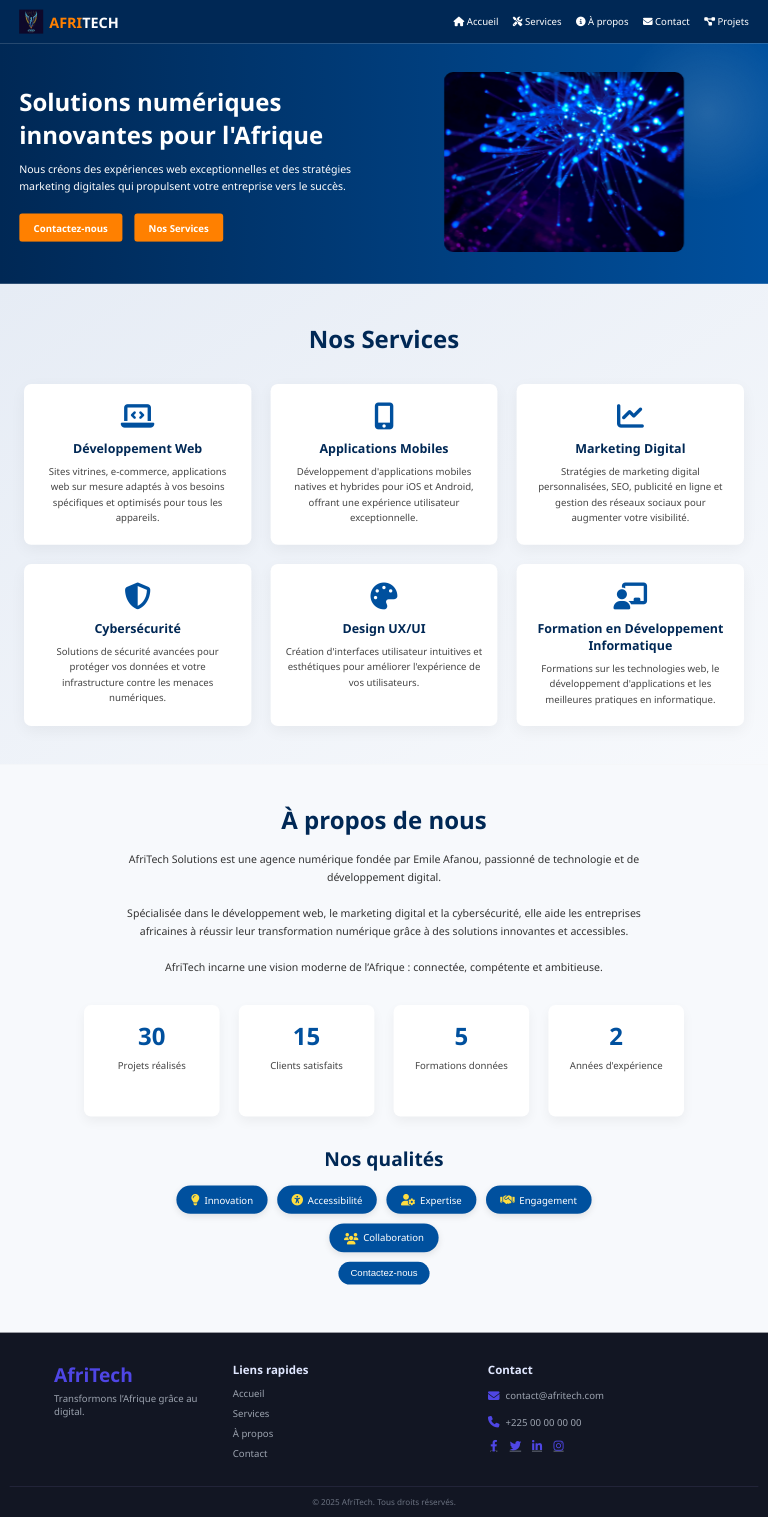
Repository: prestige225/AFRITECH
Page: index.html
The author's editor kept a copy of each file at every save. The page is drawn from the files as they stood at one save, then again after the next save.
The browser window is 1280 px wide. The pictures show the whole page, at 60% of full size.

Above is the page before, as saved 2025-07-16 04:00:21.

After the next save:
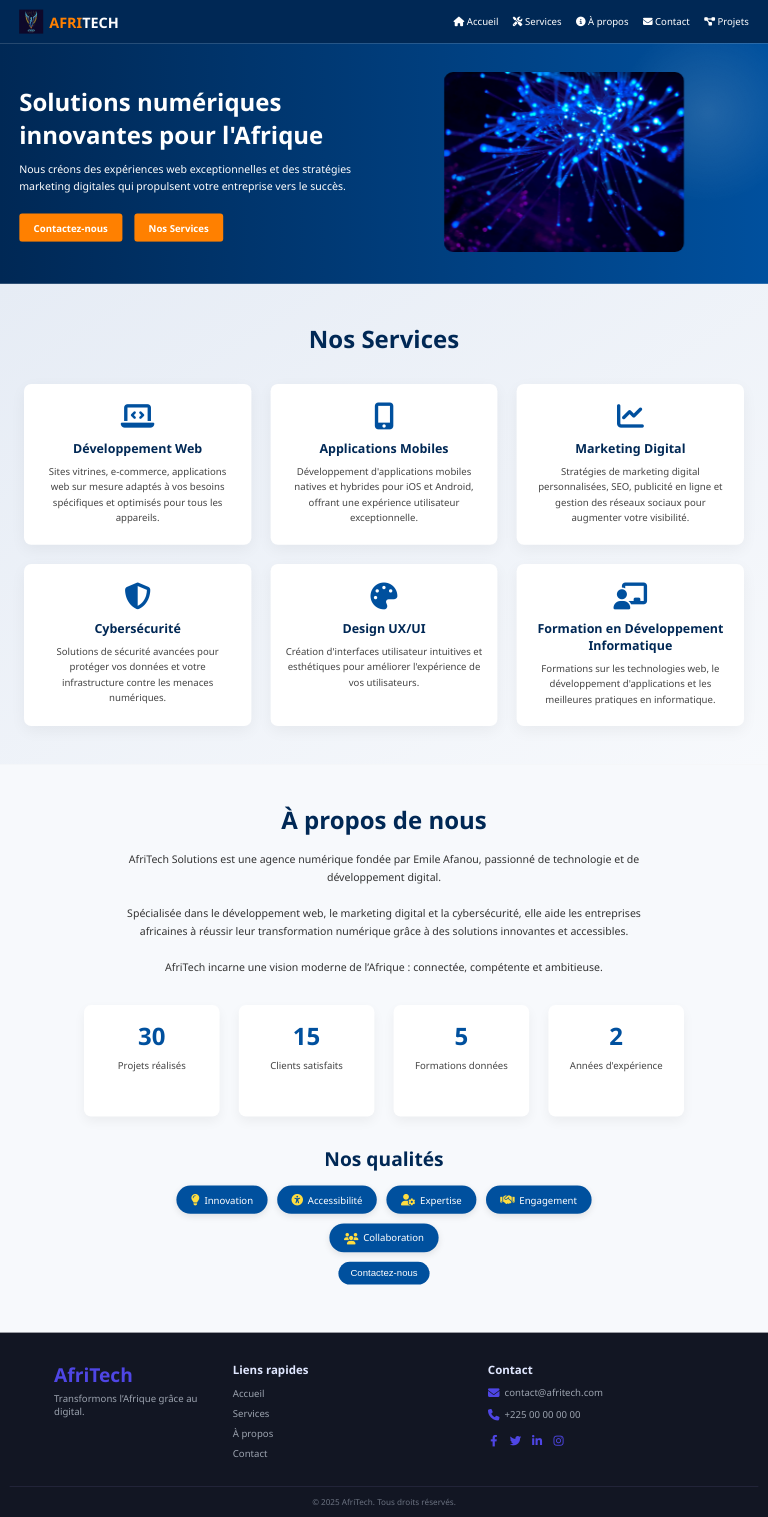
Saved 98 s later.
--- a/style.css
+++ b/style.css
@@ -717,20 +717,23 @@ button.btn:hover {
 }
 .footer-contact p {
   display: flex;
-  align-items: center; /* aligne verticalement icône + texte */
-  gap: 0.6rem;
+  align-items: center;      /* aligne verticalement */
+  gap: 8px;                 /* espace entre icône et texte */
   margin-bottom: 1rem;
   font-weight: 500;
   color: #9ca3af;
-  justify-content: flex-start; /* texte et icône alignés à gauche */
-  min-height: 28px; /* assure une hauteur fixe pour alignement */
-}
+  /* Assure que la ligne prend la hauteur du texte */
+  line-height: 1.2;
+}
+
 .footer-contact i {
   color: #4f46e5;
   font-size: 1.2rem;
-  line-height: 1;
-  min-width: 20px; /* fixe largeur pour que tous les icônes prennent la même place */
-  display: flex;
+  /* Fixe la taille de l'icône et centre parfaitement */
+  display: inline-flex;
   align-items: center;
   justify-content: center;
-}
+  width: 20px;       /* largeur fixe pour alignement uniforme */
+  height: 20px;      /* hauteur fixe pour alignement uniforme */
+  line-height: 1;
+}
